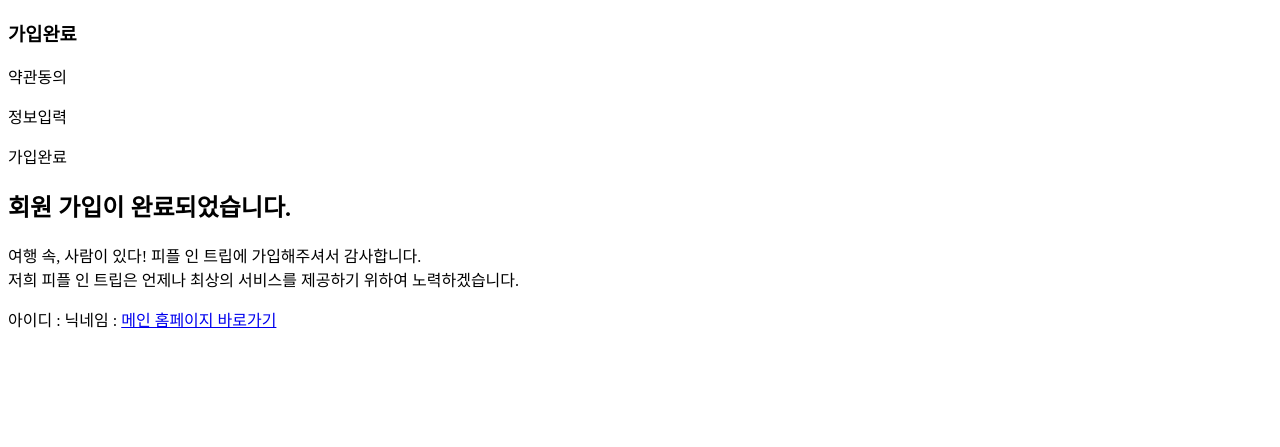
Repository: kimjinmin4535/ezen_loginteam
Page: http://localhost/Ezen_Project/signup/singupcomplete.jsp
The author's editor kept a copy of each file at every save. The page is drawn from the files as they stood at one save, then again after the next save.
The browser window is 1280 px wide. The pictures show the whole page.
The page is served by Tomcat 9. Other server files are loaded and not shown.

Above is the page before, as saved 2022-07-05 09:41:04.

### Ezen_Project/src/main/webapp/signup/singupcomplete.jsp
<%@ page language="java" contentType="text/html; charset=UTF-8"
    pageEncoding="UTF-8"%>
<!DOCTYPE html>
<html>
<head>
<meta charset="UTF-8">
<title>회원가입 완료</title>
</head>
<body>
	<h3>가입완료</h3>
	<div>
		<p>약관동의</p>
		<p>정보입력</p>
		<p>가입완료</p>
	</div>
	<div>
		<h2>회원 가입이 완료되었습니다.</h2>
		<p>여행 속, 사람이 있다! 피플 인 트립에 가입해주셔서 감사합니다.<br>
		저희 피플 인 트립은 언제나 최상의 서비스를 제공하기 위하여 노력하겠습니다.</p>
		아이디 :
		닉네임 :
		<a href="#">메인 홈페이지 바로가기</a>
	</div>
</body>
</html>

After the next save:
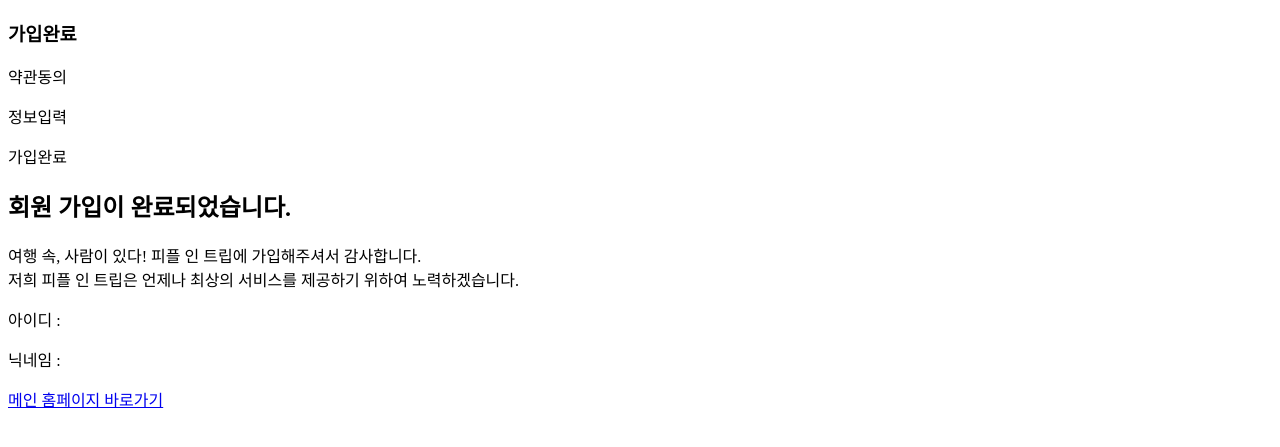
Saved 2 min 23 s later.
--- a/Ezen_Project/src/main/webapp/signup/singupcomplete.jsp
+++ b/Ezen_Project/src/main/webapp/signup/singupcomplete.jsp
@@ -17,8 +17,8 @@
 		<h2>회원 가입이 완료되었습니다.</h2>
 		<p>여행 속, 사람이 있다! 피플 인 트립에 가입해주셔서 감사합니다.<br>
 		저희 피플 인 트립은 언제나 최상의 서비스를 제공하기 위하여 노력하겠습니다.</p>
-		아이디 :
-		닉네임 :
+		<p>아이디 : </p>
+		<p>닉네임 : </p>
 		<a href="#">메인 홈페이지 바로가기</a>
 	</div>
 </body>
